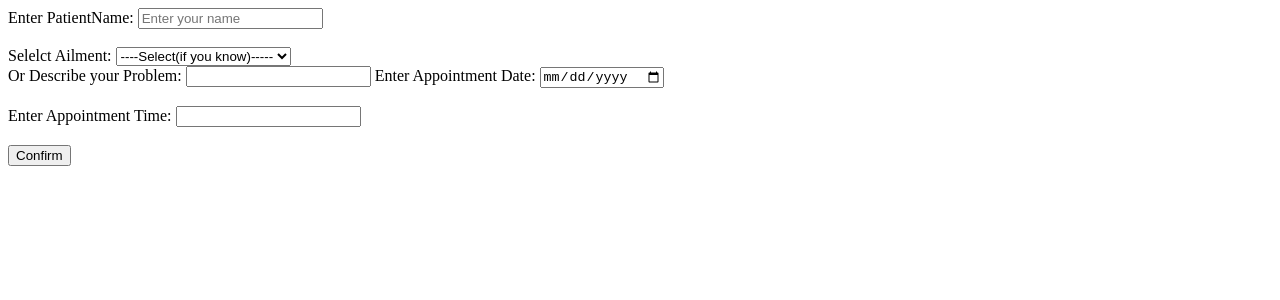
Repository: Pravinkumar-Raja/Appointment-Scheduling
Page: http://localhost/AppointmentProject/WEB-INF/views/Appoint.jsp
An editor plug-in stored every save of this project. The page is shown before and after the next save, followed by the edit.
The browser window is 1280 px wide. The pictures show the whole page.
The page is served by Tomcat 9. Nobody is signed in. The template is opened directly, without the code that normally fills it, so the values that code supplies are empty.

Above is the page before, as saved 2025-12-02 08:42:18.

After the next save:
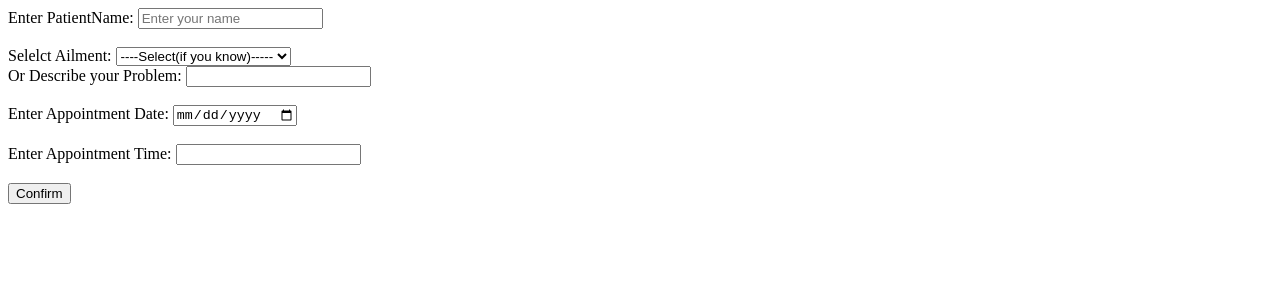
Saved 5 s later.
--- a/AppointmentProject/src/main/webapp/WEB-INF/views/Appoint.jsp
+++ b/AppointmentProject/src/main/webapp/WEB-INF/views/Appoint.jsp
@@ -10,7 +10,7 @@
 				<option value="Pediatrics">Child consultation</option>
 				<option value="Orthopedics">Bone/Joint Pain</option>
 			</select><br>
-			Or Describe your Problem: <input type="text" name="ailmentReason" plcaceholder="Eg: Chest discomfort, fever, skin allergy"/>
+			Or Describe your Problem: <input type="text" name="ailmentReason" plcaceholder="Eg: Chest discomfort, fever, skin allergy"/><br><br>
 			Enter Appointment Date: <input type="date" name="appointmentDate"/><br><br>
 			Enter Appointment Time: <input type="text" name="appointmentTime"/><br><br>
 			<button type="submit">Confirm</button>
